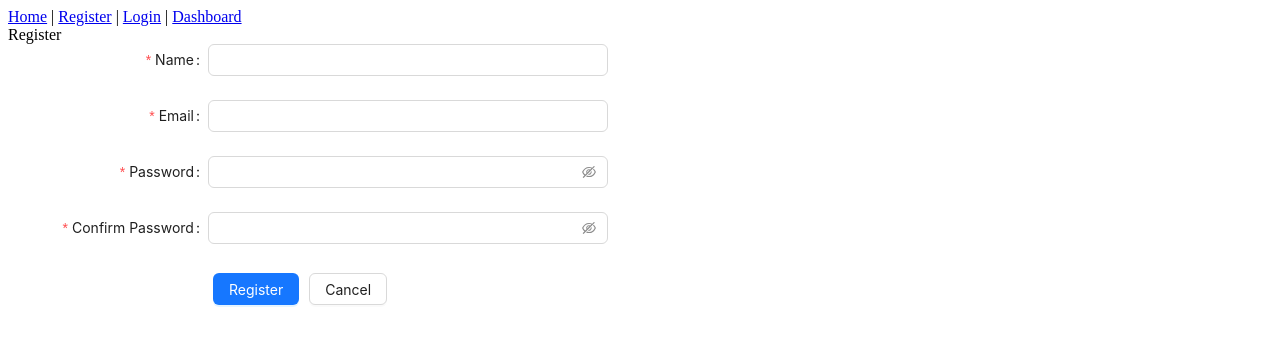
Repository: shaynewx/Airbrb
Page: /register (app in frontend/)
An editor plug-in stored every save of this project. The page is shown before and after the next save, followed by the edit.
The browser window is 1280 px wide. The pictures show the whole page.
The project was rebuilt for these pictures with package versions that can differ from the ones it lists, and the page was loaded fresh each time. Also part of the build but not shown: frontend/src/components/Home.jsx, frontend/src/components/form/apiService.jsx, frontend/src/components/form/LoginForm.jsx, frontend/src/components/Login.jsx, frontend/src/components/Dashboard.jsx.

Above is the page before, as saved 2023-11-07 13:15:42.

After the next save:
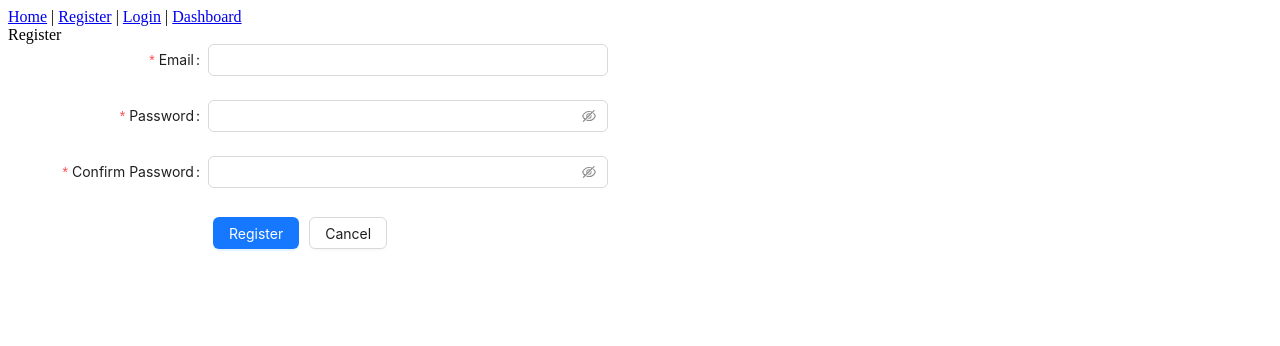
Saved 19 min 15 s later.
--- a/frontend/src/components/form/RegisterForm.jsx
+++ b/frontend/src/components/form/RegisterForm.jsx
@@ -38,18 +38,6 @@ const RegisterForm = () => (
     onFinishFailed={onFinishFailed}
     autoComplete="off"
   >
-    <Form.Item
-      label="Name"
-      name="name"
-      rules={[
-        {
-          required: true,
-          message: 'Please input your name!',
-        },
-      ]}
-    >
-      <Input />
-    </Form.Item>
 
     <Form.Item
       label="Email"
